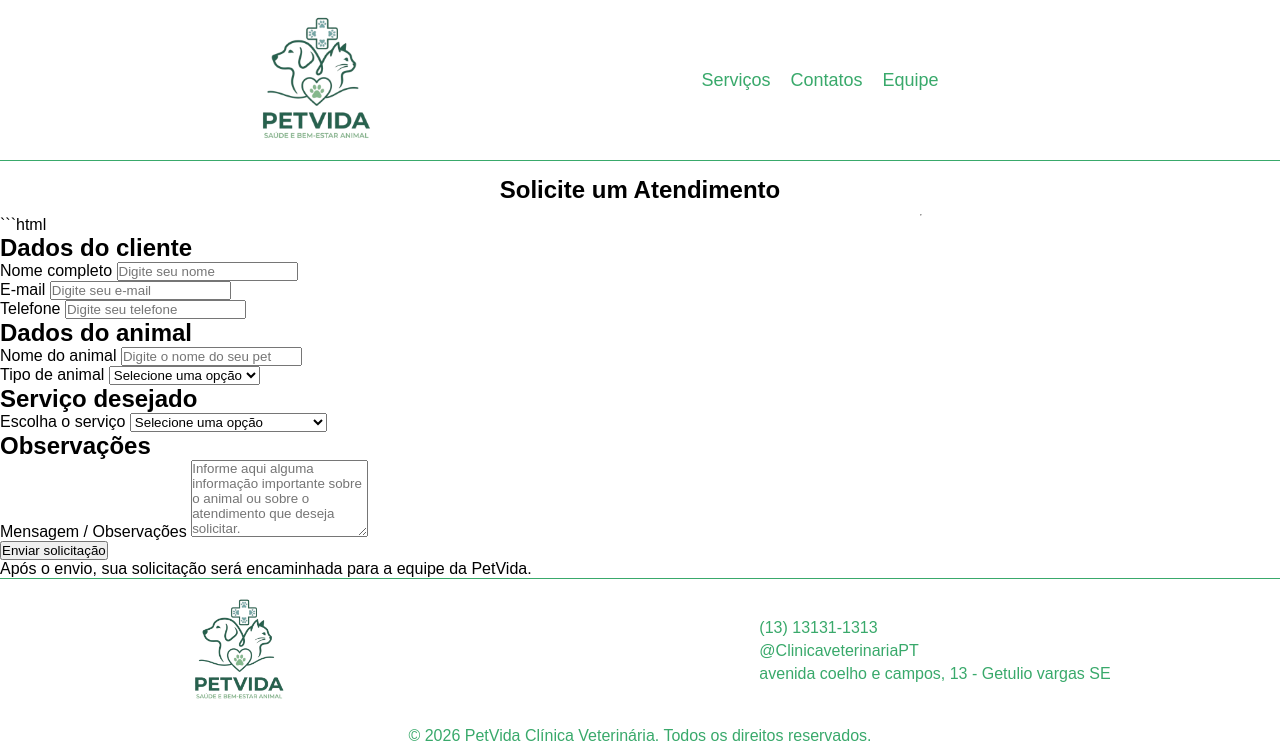
Repository: antonymsantana-design/Veterinario
Page: contatos.html
The author's editor kept a copy of each file at every save. The page is drawn from the files as they stood at one save, then again after a run of saves.
The browser window is 1280 px wide. The pictures show the whole page.

Above is the page before, as saved 2026-10-03 18:50:28.

After the next 2 saves:
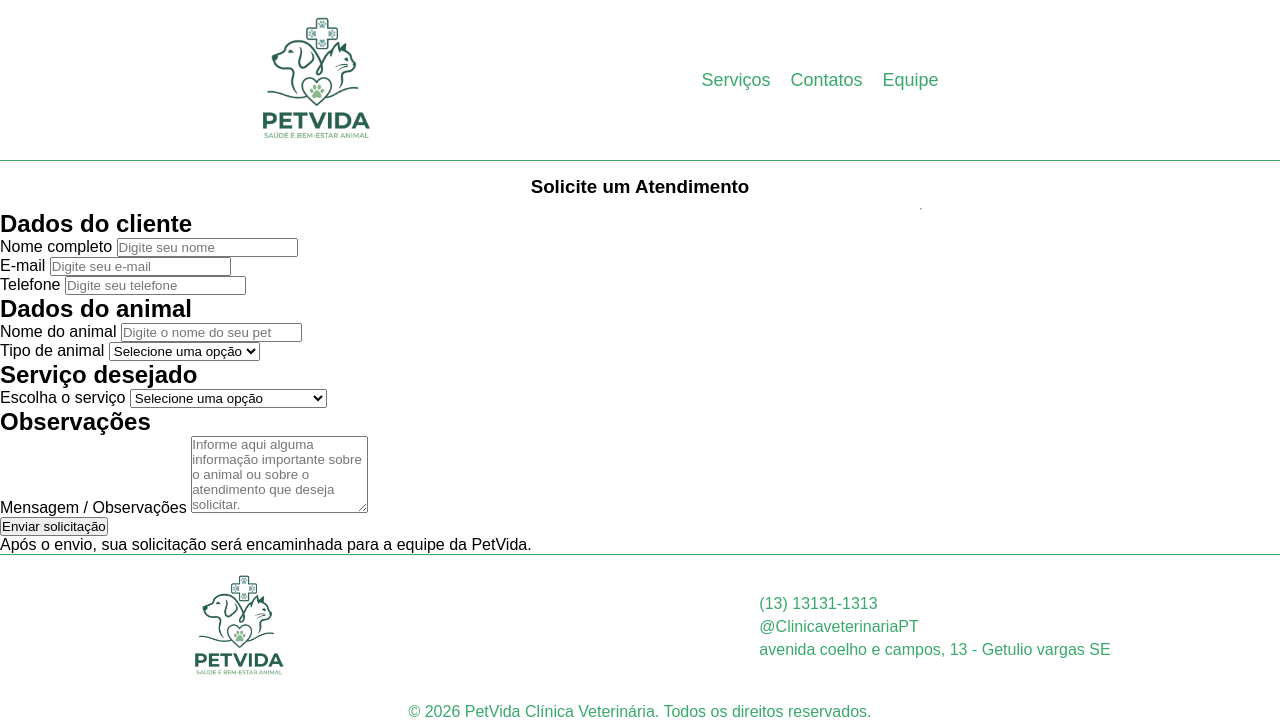
The 2 saves are shown as one change because they came seconds apart.
The last was saved 56 s later.
--- a/contatos.html
+++ b/contatos.html
@@ -23,10 +23,10 @@
   </header>
 
   <body>
-    <h2 class="Our" id="servicosT">Solicite um Atendimento</h2>
+    <h3 class="Our" id="servicosT">Solicite um Atendimento</h2>
     <hr />
 
-    ```html
+
     <form
       action="https://formsubmit.co/antony.m.santana@aluno.senai.br"
       method="POST"
